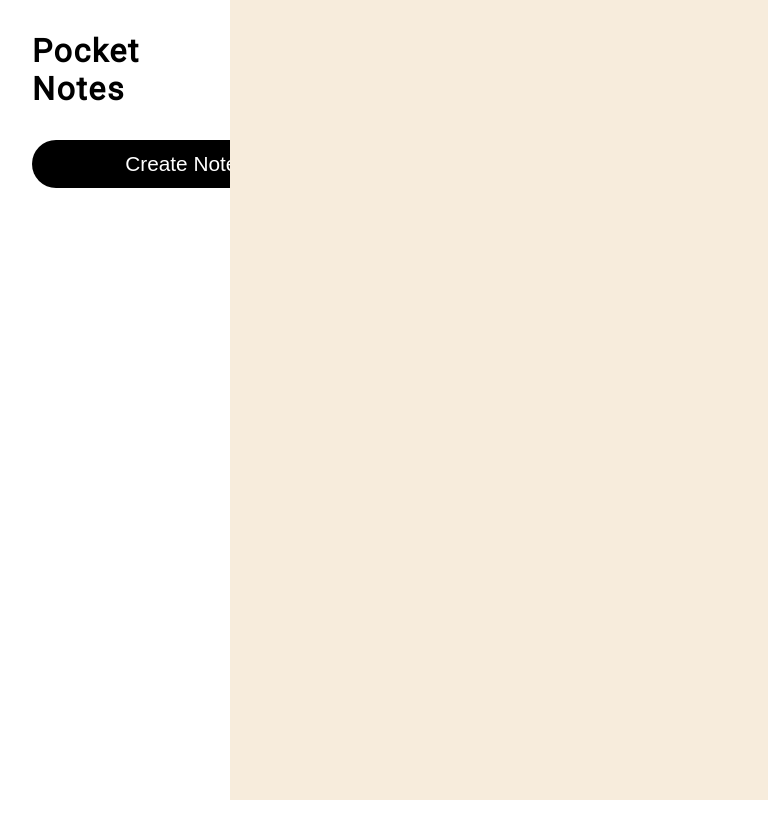
Repository: drumsmanku/react-module-test
Page: /
The author's editor kept a copy of each file at every save. The page is drawn from the files as they stood at one save, then again after the next save.
The browser window is 768 px wide. The pictures show the whole page.
The project was rebuilt for these pictures with package versions that can differ from the ones it lists, and the page was loaded fresh each time. Also part of the build but not shown: src/Components/NotesComponent.js.

Above is the page before, as saved 2023-06-12 19:48:24.

After the next save:
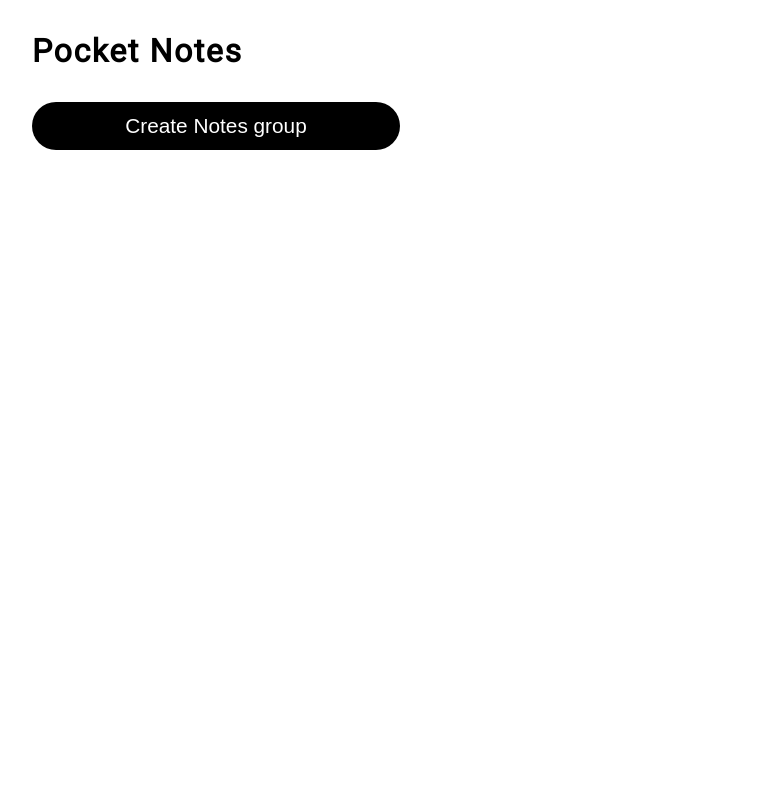
Saved 19 min 44 s later.
--- a/src/Components/MainPage.css
+++ b/src/Components/MainPage.css
@@ -1,25 +1,62 @@
 @import url('https://fonts.googleapis.com/css2?family=Roboto&display=swap');
-body{
+body {
   font-family: 'Roboto';
 }
 
-.main-container{
+.main-container {
   height: 100vh;
   width: 100vw;
   display: flex;
 }
 
-.first-compartment{
+.first-compartment {
   width: 30%;
+  height: 100vh;
+  display: flex;
+  flex-direction: column;
+ -items: center;
+}
+
+.second-compartment {
+  background-color: #F7ECDC;
+  width: 70%;
   height: 100vh;
 }
 
-.first-compartment h1{
+/* Styles for mobile devices */
+@media (max-width: 768px) {
+  .main-container {
+    flex-direction: column;
+  }
+
+  .first-compartment {
+    width: 100%;
+    height: 100vh;
+  }
+
+  .second-compartment {
+    display: none;
+    width: 100%;
+    height: 100vh;
+  }
+
+  .first-compartment.active {
+    display: none;
+  }
+
+  .second-compartment.active {
+    display: block;
+  }
+}
+
+/* Your previous styles */
+.first-compartment h1 {
   margin: 0;
   text-align: left;
   padding: 2rem;
 }
-.group-buttons{
+
+.group-buttons {
   height: 85%;
   max-height: 85%;
   width: 80%;
@@ -29,35 +66,13 @@
   margin-left: 2rem;
 }
 
-.cat-buttons{
+.cat-buttons {
   width: 27rem;
   height: 5rem;
   background-color: white;
   color: black;
   margin: 1rem 1rem 1rem 0;
   font-size: 1.3rem;
-  font-weight: medium;
+ font-weight: medium;
   display: flex;
-  align-items: center;
-  border-top-left-radius: 1.5rem;
-  border-bottom-left-radius: 1.5rem;
-  background: none;
-  border: none;
-  transition: 0.1s ease-in;
-
 }
-.cat-buttons:hover{
-  background-color: #F7ECDC;
-}
-.icon{
-  height: 3.5rem;
-  width: 3.5rem;
-  border-radius: 50%;
-  margin-right: 2rem;
-
-}
-.second-compartment{
-  background-color: #F7ECDC;
-  width: 70%;
-  height: 100vh;
-}

After the save that followed:
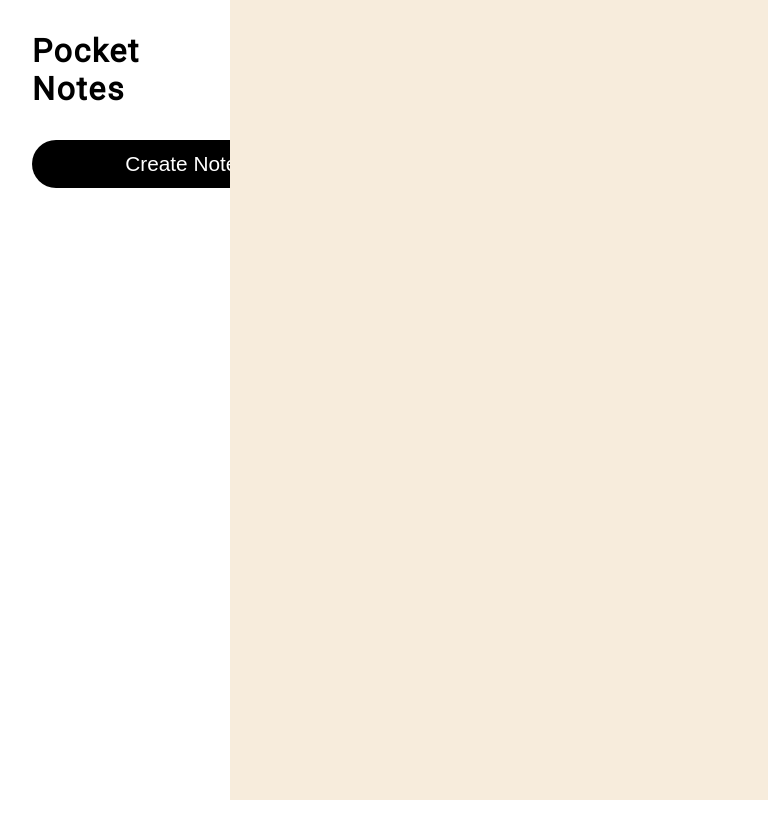
Saved 12 s later.
--- a/src/Components/MainPage.css
+++ b/src/Components/MainPage.css
@@ -1,62 +1,25 @@
 @import url('https://fonts.googleapis.com/css2?family=Roboto&display=swap');
-body {
+body{
   font-family: 'Roboto';
 }
 
-.main-container {
+.main-container{
   height: 100vh;
   width: 100vw;
   display: flex;
 }
 
-.first-compartment {
+.first-compartment{
   width: 30%;
-  height: 100vh;
-  display: flex;
-  flex-direction: column;
- -items: center;
-}
-
-.second-compartment {
-  background-color: #F7ECDC;
-  width: 70%;
   height: 100vh;
 }
 
-/* Styles for mobile devices */
-@media (max-width: 768px) {
-  .main-container {
-    flex-direction: column;
-  }
-
-  .first-compartment {
-    width: 100%;
-    height: 100vh;
-  }
-
-  .second-compartment {
-    display: none;
-    width: 100%;
-    height: 100vh;
-  }
-
-  .first-compartment.active {
-    display: none;
-  }
-
-  .second-compartment.active {
-    display: block;
-  }
-}
-
-/* Your previous styles */
-.first-compartment h1 {
+.first-compartment h1{
   margin: 0;
   text-align: left;
   padding: 2rem;
 }
-
-.group-buttons {
+.group-buttons{
   height: 85%;
   max-height: 85%;
   width: 80%;
@@ -66,13 +29,35 @@
   margin-left: 2rem;
 }
 
-.cat-buttons {
+.cat-buttons{
   width: 27rem;
   height: 5rem;
   background-color: white;
   color: black;
   margin: 1rem 1rem 1rem 0;
   font-size: 1.3rem;
- font-weight: medium;
+  font-weight: medium;
   display: flex;
+  align-items: center;
+  border-top-left-radius: 1.5rem;
+  border-bottom-left-radius: 1.5rem;
+  background: none;
+  border: none;
+  transition: 0.1s ease-in;
+
 }
+.cat-buttons:hover{
+  background-color: #F7ECDC;
+}
+.icon{
+  height: 3.5rem;
+  width: 3.5rem;
+  border-radius: 50%;
+  margin-right: 2rem;
+
+}
+.second-compartment{
+  background-color: #F7ECDC;
+  width: 70%;
+  height: 100vh;
+}
